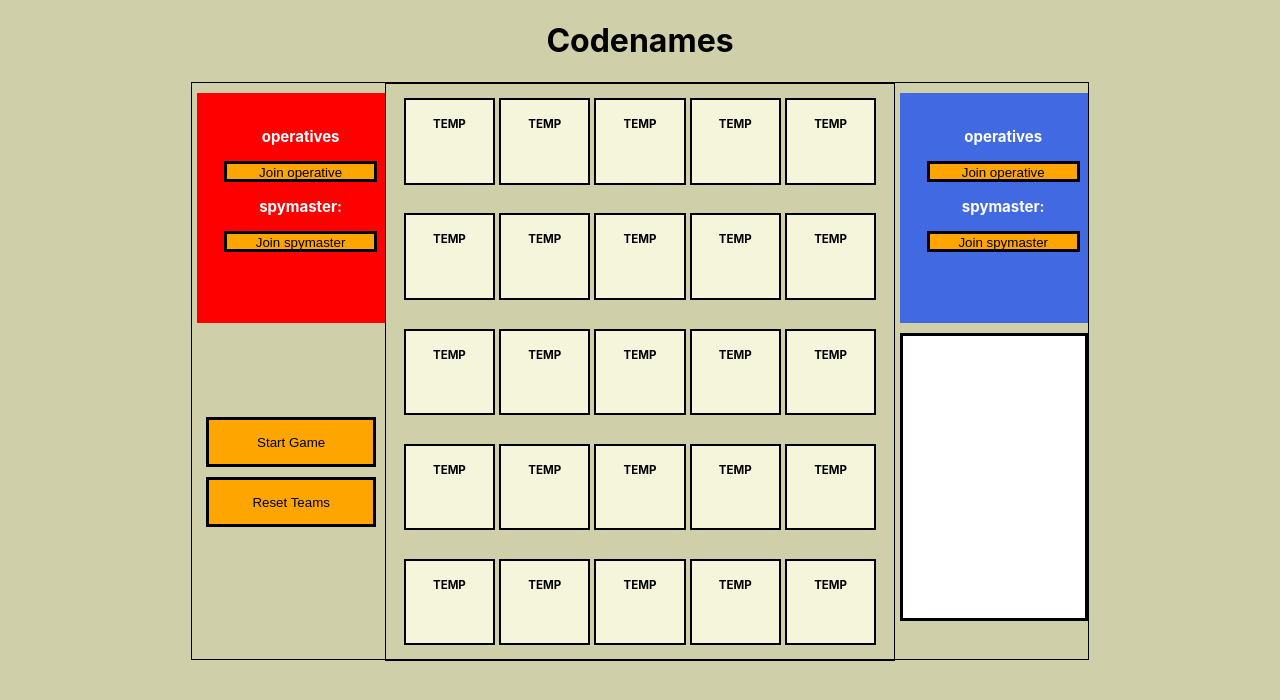
Repository: alcarrizo/Codenames-Fullstack
Page: / (app in client/)
These files come from the project's save history. The page is drawn as it stood at one moment and after the next save; the edit follows.
The browser window is 1280 px wide. The pictures show the whole page.
The project was rebuilt for these pictures with package versions that can differ from the ones it lists, and the page was loaded fresh each time. Imported but missing from the stored project, and not drawn on this page: client/src/reportWebVitals.

Above is the page before, as saved 2023-01-09 20:27:30.

### client/src/index.js
import React from 'react';
import ReactDOM from 'react-dom/client';
import './index.css';
import App from './App';
import reportWebVitals from './reportWebVitals';
import './css/styles.css'


const root = ReactDOM.createRoot(document.getElementById('root'));
root.render(
  <React.StrictMode>
    <App />
  </React.StrictMode>
);

// If you want to start measuring performance in your app, pass a function
// to log results (for example: reportWebVitals(console.log))
// or send to an analytics endpoint. Learn more: https://bit.ly/CRA-vitals
reportWebVitals();

### client/src/App.js
import logo from './logo.svg';
import './App.css';
import { useState, useEffect } from 'react';

const Wrapper = ({ cards }) => {
  return (
    <div className='wrapper'>
      <PlayerSide className="red" />
      <Board cards={cards} />
      <PlayerSide className="blue" />
      <div className='win-screen hide' id='win-screen'></div>
    </div>
  )
}

const Card = ({ word, className }) => {

  return (
    <div className={className}>
      {word === null ? 'temp' : word}
    </div>
  )
}
const PlayerSide = ({ className }) => {
  if (className === 'red') {
    return (
      <div className={className + "Side"}>
        <PlayerInfo className={className} />
        <div className='menu'>
          <Btn className='menuBtn' id="startBtn" name="Start Game" />
          <Btn className='menuBtn' id="resetBtn" name="Reset Teams" />
        </div>
      </div>
    )
  }
  else {
    return (
      <div className={className + "Side"}>
        <PlayerInfo className={className} />
        <div className='clue-log'></div>
        <Btn className='menuBtn hide' id="endTurn" name="End Turn" />
      </div>
    )
  }
}
const PlayerInfo = ({ className }) => {
  return (
    <div className={className + "Team"}>
      <p>operatives </p>
      <p id={className + '-operative-players'}></p>
      <Btn className="join-button" id={className + '-join-operative'} name="Join operative" />
      <p>spymaster: </p>
      <p id={className + '-spymaster-players'}></p>
      <Btn className="join-button" id={className + '-join-spymaster'} name="Join spymaster" />
      <p id={className + '-remaining-cards'}></p>
    </div>
  )

}

const Btn = (props) => {
  return (
    <button id={props.id} className={props.className}>{props.name}</button>
  )
}

const Board = ({ cards }) => {

  return (
    <div className='gameBoard'>
      {
        cards.map((card, id) =>
          <Card
            key={id}
            className="card"
            word={card} />
        )
      }

    </div>
  )
}

const App = () => {

  const [cards, setCards] = useState(Array(25).fill(null))


  return (
    <div className="App">
      <h1>Codenames</h1>

      <Wrapper cards={cards} />
      <div className='clue-area hide' id='clue-area'>
        <input className='clue-text' id='clue-text' type="text" />
        <div className="rangeDiv" id="rangeDiv">
          <input className="clue-range" id='clueRange' type="range" autoComplete='off' min="0" max="10" defaultValue="0" />
          <h3 className="range-number" id="rangeNumber">0</h3>
        </div>
        <Btn className="clue-submit" id="clue-submit" name="Give Clue" />
      </div>

    </div>
  );
}

export default App;

### client/src/css/styles.css
body {
    background-color: #cfcfaa;
}

body.red {
    background-color: #b44c2b;
}

body.blue {
    background-color: #4799b7;
}

.wrapper {
    position: relative;
    border: 0.05rem solid black;
    width: 70%;
    height: 80vh;
    display: flex;
    background: none;
    margin: 0 auto;

}

.gameBoard {
    display: flex;
    flex-wrap: wrap;
    justify-content: center;
    text-align: center;
    width: 35rem;
    height: 100%;
    /*   width: 500px;
    height: 500px; */
    /*width: 15rem;
    height: 15rem;
    */
    border: 0.05rem solid black;
    margin: auto;
}



.card {
    /* background-color: royalblue; */
    background-color: beige;
    box-sizing: border-box;
    /*width: 75px;
    height: 65px;
  */
    /*   width: 5.5rem;
    height: 5rem; */
    width: 18%;
    height: 15%;
    margin: auto 2px;
    border: 2px black solid;
    font-size: .9vw;
    padding-top: 17px;
    text-transform: uppercase;
    font-weight: bold;
    transition: none;
}

.card.blue {
    background-color: royalblue;

}

.card.red {
    background-color: #ff6000;
}

.card.black {
    background-color: black;
    color: white;

}

.card.beige {
    background-color: #b9b979;
}

.card.blue,
.card.red,
.card.black,
.card.beige {
    transition: background-color 1s;
}

.card.blue.picked,
.card.red.picked,
.card.black.picked,
.card.beige.picked {
    transition: opacity 1s;
    opacity: 50%;
}


.redSide,
.blueSide {
    color: white;
    height: 100%;
    width: 13rem;
    font-size: 15px;
    font-weight: bold;
    padding-left: 5px;
    padding-bottom: 10px;
    margin: 0 auto;
}

.blueTeam,
.redTeam {
    height: 40%;
    margin-top: 10px;
    padding-left: 10%;
    padding-top: 10%;
    box-sizing: border-box;
}

.redTeam {
    background-color: red;

}

.blueTeam {
    background-color: royalblue;

}

.blueSide {
    height: 100%;
}

.join-button {
    display: block;
    width: 90%;
    height: 10%;
    margin: 0 auto;
    background-color: orange;
    border: black solid 3px;
    margin-bottom: 10px;
}

.join-button.hide {
    display: none;
}

.menuBtn {
    display: block;
    width: 90%;
    height: 50px;
    margin: 0 auto;
    background-color: orange;
    border: black solid 3px;
    margin-bottom: 10px;


}

.menuBtn.hide {
    display: none;
}

.menu {
    display: block;
    width: 100%;
    margin-top: 50%;
}

.clue-log {
    color: black;
    width: 100%;
    height: 50%;
    margin-top: 10px;
    padding-left: 10px;
    background-color: white;
    box-sizing: border-box;
    border: black solid 3px;
    overflow-y: auto;
    line-height: 1.5;
}

.rangeDiv {
    display: inline-block;
    text-align: center;

}

.rangeDiv h3 {
    margin: 0;
    display: inline-block;
}

.clue-area {
    margin: 10px auto 0;
    width: 400px;
    height: 50px;
    margin-bottom: 15px;
}

.clue-area.hide {
    display: none;
}

.clue-submit {
    display: block;
    margin: 10px auto 0;
}

.win-screen {
    box-sizing: border-box;
    position: absolute;
    width: 30%;
    height: 30%;
    background-color: orange;
    top: 35%;
    left: 35%;
    text-align: center;
    font-size: 35px;
    line-height: 170px;
    font-weight: 800;
    border: black solid 3px;

}

.win-screen.hide {
    display: none;
}

Loaded but not shown: client/public/index.html (common file); client/src/index.css (common file); client/src/App.css (common file)

After the next save:
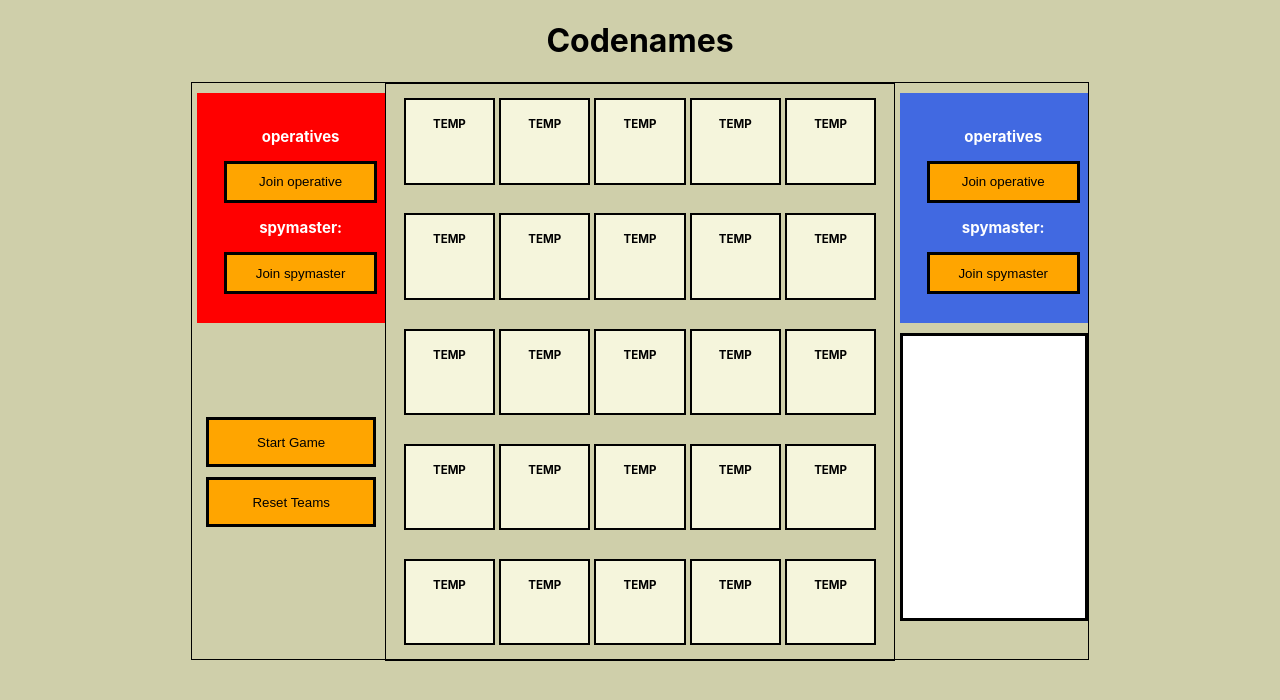
Saved 21 s later.
--- a/client/src/css/styles.css
+++ b/client/src/css/styles.css
@@ -132,7 +132,7 @@ body.blue {
 .join-button {
     display: block;
     width: 90%;
-    height: 10%;
+    height: 20%;
     margin: 0 auto;
     background-color: orange;
     border: black solid 3px;
